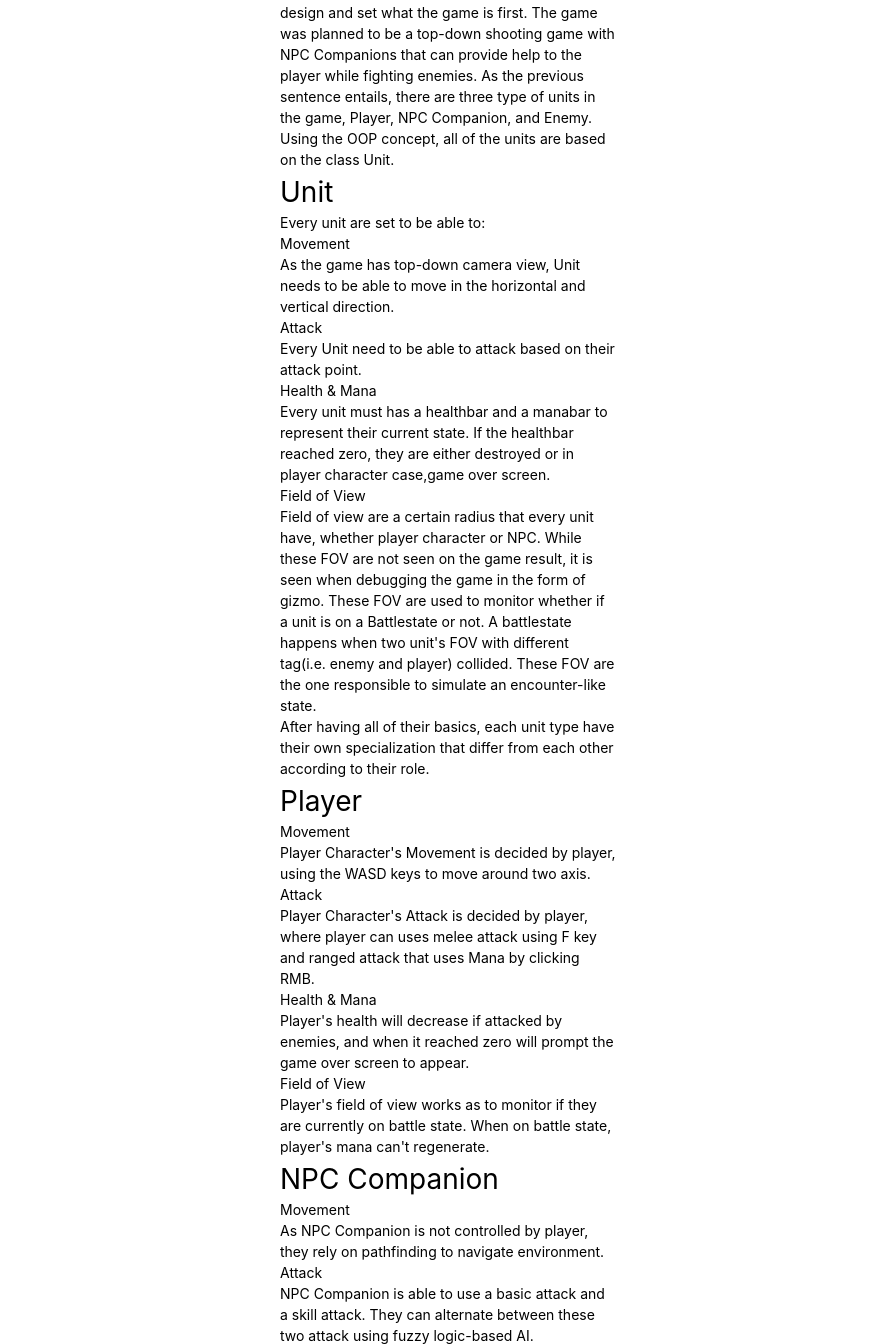
Repository: thortato/thortato.github.io
Page: /IntotheForest
The author's editor kept a copy of each file at every save. The page is drawn from the files as they stood at one save, then again after the next save.
The browser window is 1280 px wide. The pictures show the part of the page from y = 1366 to 3286 px (the page is 5650 px tall before and 5618 px after), at 70% of full size.
The project was rebuilt for these pictures with package versions that can differ from the ones it lists, and the page was loaded fresh each time. Also part of the build but not shown: src/App.css, src/Components/Sidebar.css, src/Pages/Sidebar.js, src/Components/HeroImage.js, src/Pages/HeroSection.js, src/Pages/About.js, src/Components/Card.js, src/Pages/Works.js and 3 more.

Above is the page before, as saved 2023-10-03 13:09:38.

After the next save:
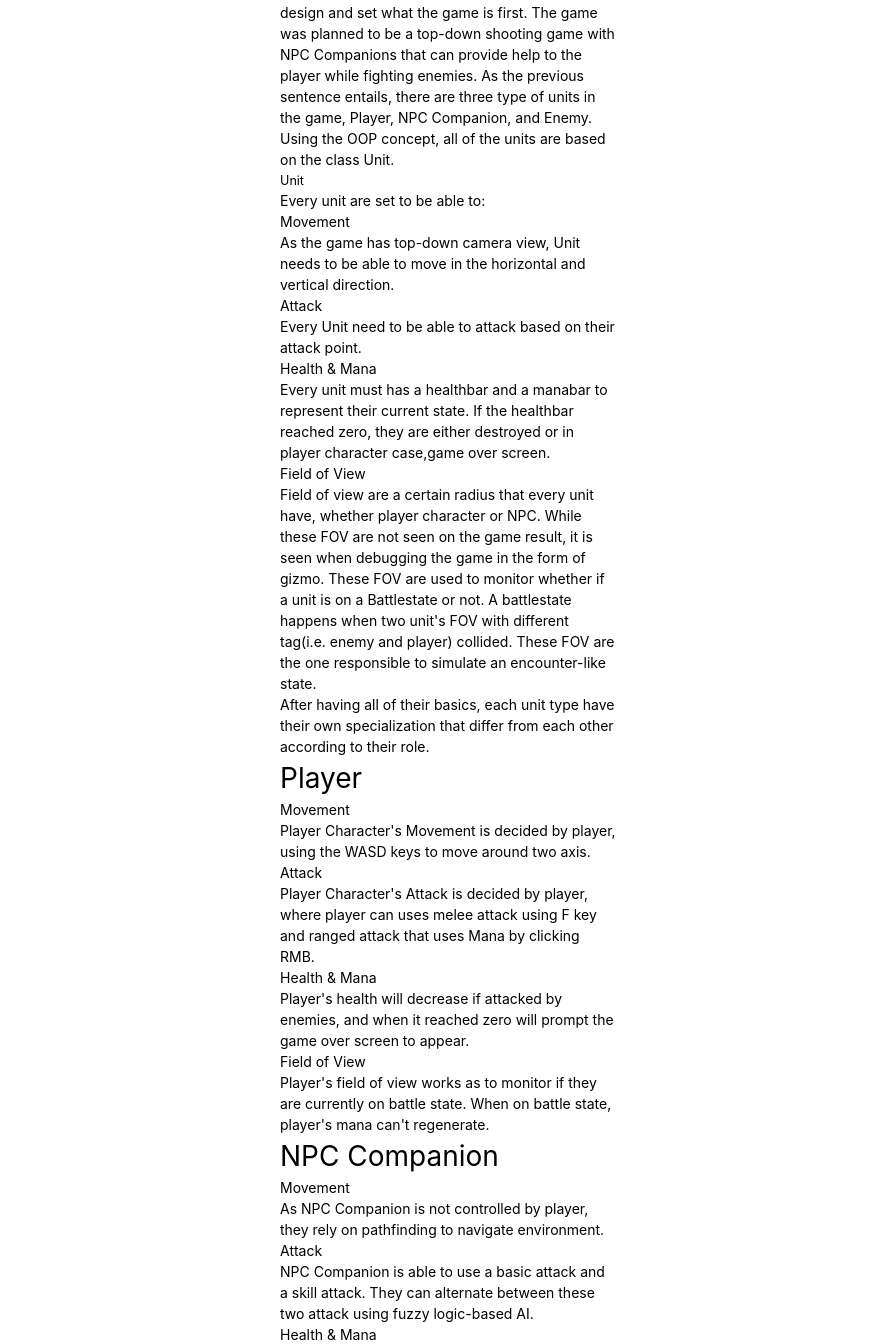
Saved 8 s later.
--- a/src/Pages/Works/Work_IntotheForest.js
+++ b/src/Pages/Works/Work_IntotheForest.js
@@ -60,7 +60,7 @@
                     As the previous sentence entails, there are three type of units in the game, Player, NPC Companion, and Enemy.
                     Using the OOP concept, all of the units are based on the class Unit.
                     </p>
-                    <h2 className="text-md">Unit</h2>
+                    <h2 className="text-lg">Unit</h2>
                     <p>Every unit are set to be able to:
                         <ul>
                             <li>Movement</li>

After the save that followed:
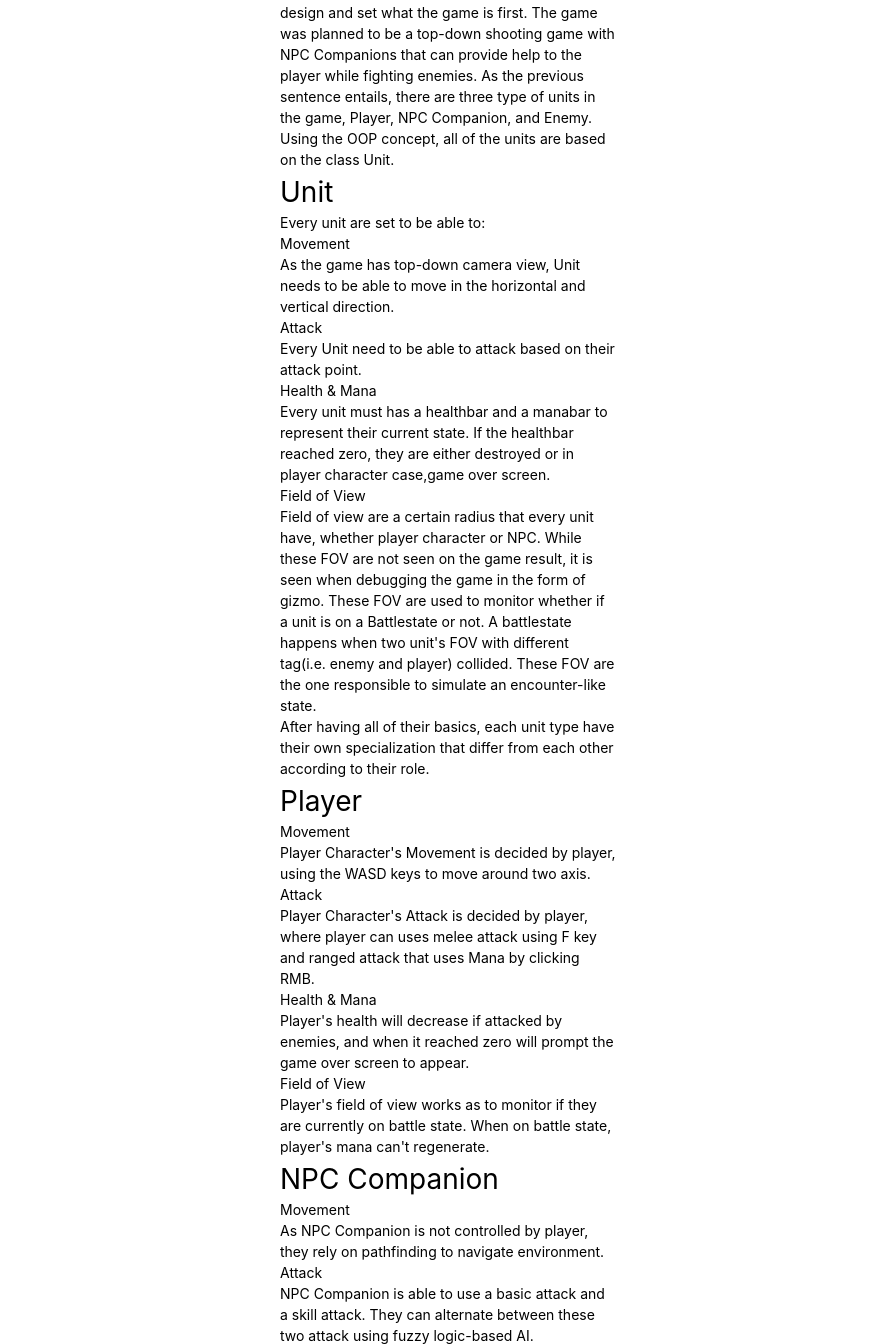
Saved 4 s later.
--- a/src/Pages/Works/Work_IntotheForest.js
+++ b/src/Pages/Works/Work_IntotheForest.js
@@ -60,7 +60,7 @@
                     As the previous sentence entails, there are three type of units in the game, Player, NPC Companion, and Enemy.
                     Using the OOP concept, all of the units are based on the class Unit.
                     </p>
-                    <h2 className="text-lg">Unit</h2>
+                    <h2 className="text-md">Unit</h2>
                     <p>Every unit are set to be able to:
                         <ul>
                             <li>Movement</li>
